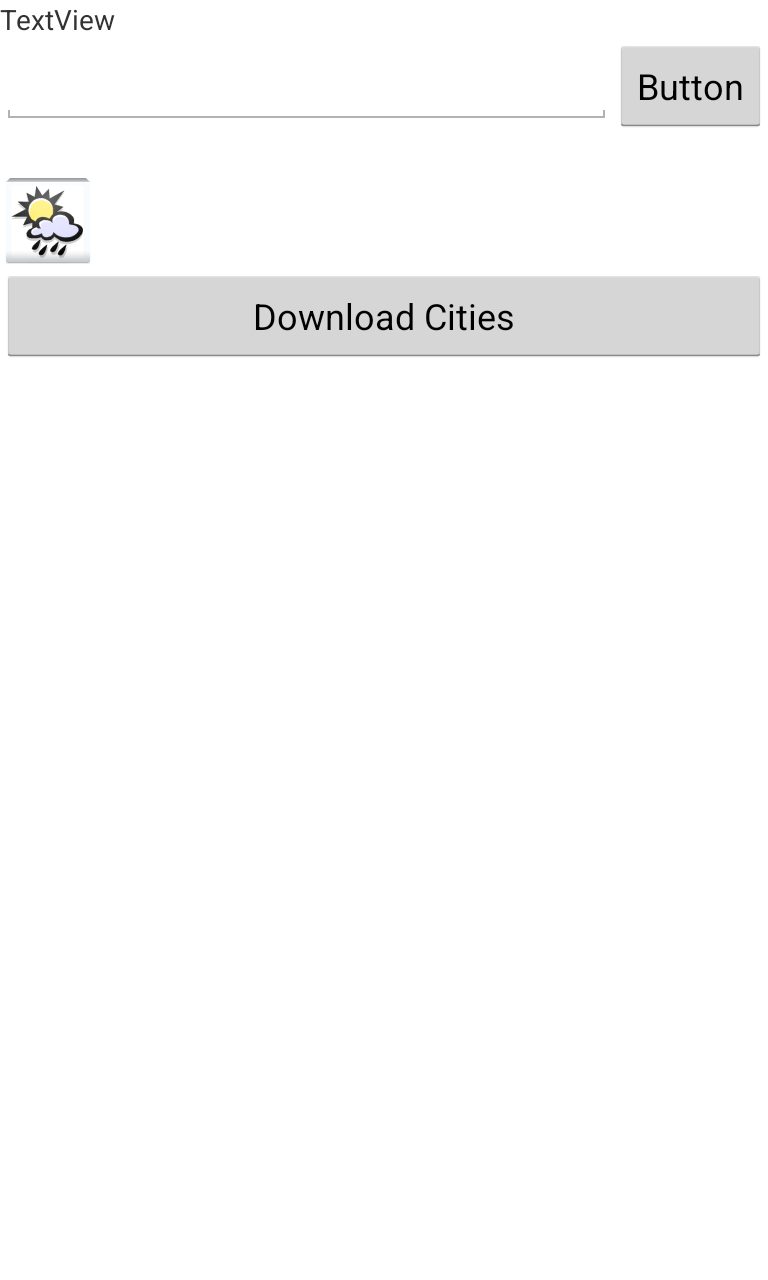
Repository: vinny1575/Java1
Layout: TempCalc20/res/layout/form.xml
These files come from the project's save history. The layout is drawn as it stood at one moment and after the next save; the edit follows.
It is drawn on a 768 x 1280 px phone screen (xhdpi) without system bars, with theme AppTheme; the app's code is not run.

Above is the layout before, as saved 2013-05-02 12:09:49.

After the next save:
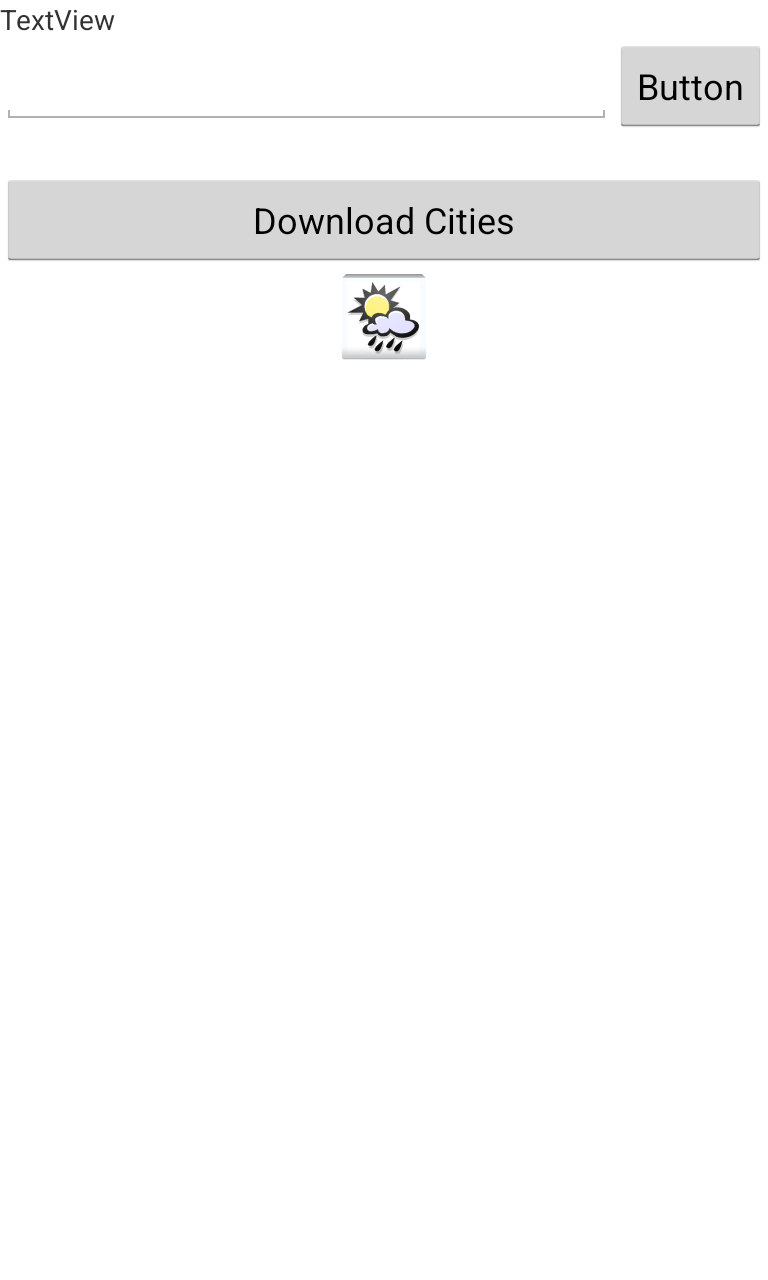
Saved 112 s later.
--- a/TempCalc20/res/layout/form.xml
+++ b/TempCalc20/res/layout/form.xml
@@ -34,17 +34,17 @@
         android:layout_height="wrap_content"
         android:text="" />
 
-    <ImageView
-        android:id="@+id/imageView1"
-        android:layout_width="wrap_content"
-        android:layout_height="wrap_content"
-        android:src="@drawable/weather" />
-
     <Button
         android:id="@+id/button2"
         android:layout_width="match_parent"
         android:layout_height="wrap_content"
         android:text="Download Cities" />
+
+    <ImageView
+        android:id="@+id/imageView1"
+        android:layout_width="match_parent"
+        android:layout_height="wrap_content"
+        android:src="@drawable/weather" />
 
     <TextView
         android:id="@+id/textView3"
